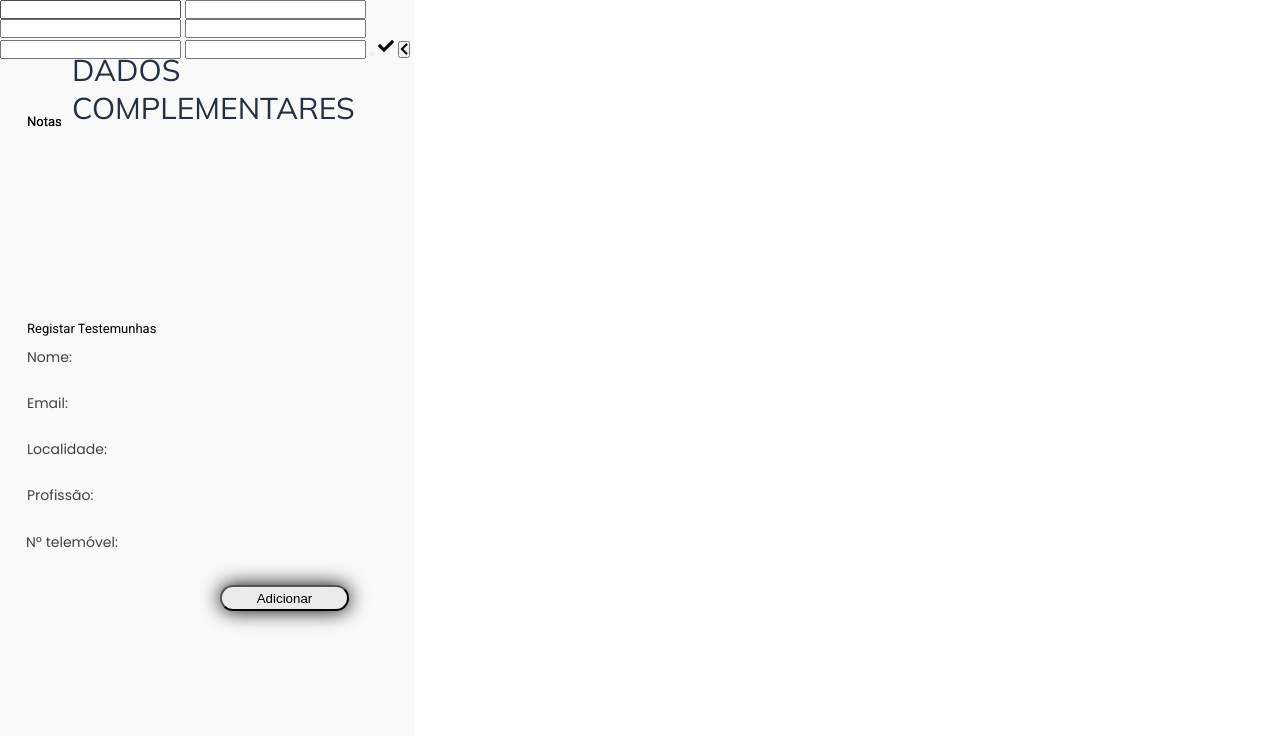
Repository: UnivMinho/D12_frontend
Page: Responsável no Terreno/Front-Office/DadosComplementares.html
The author's editor kept a record of every edit. The page is drawn from the files as they stood at one moment, then again after the next edit.
The browser window is 1280 px wide. The pictures show the whole page.
Some web libraries are served in a nearby version.

Above is the page before.

After the next edit:
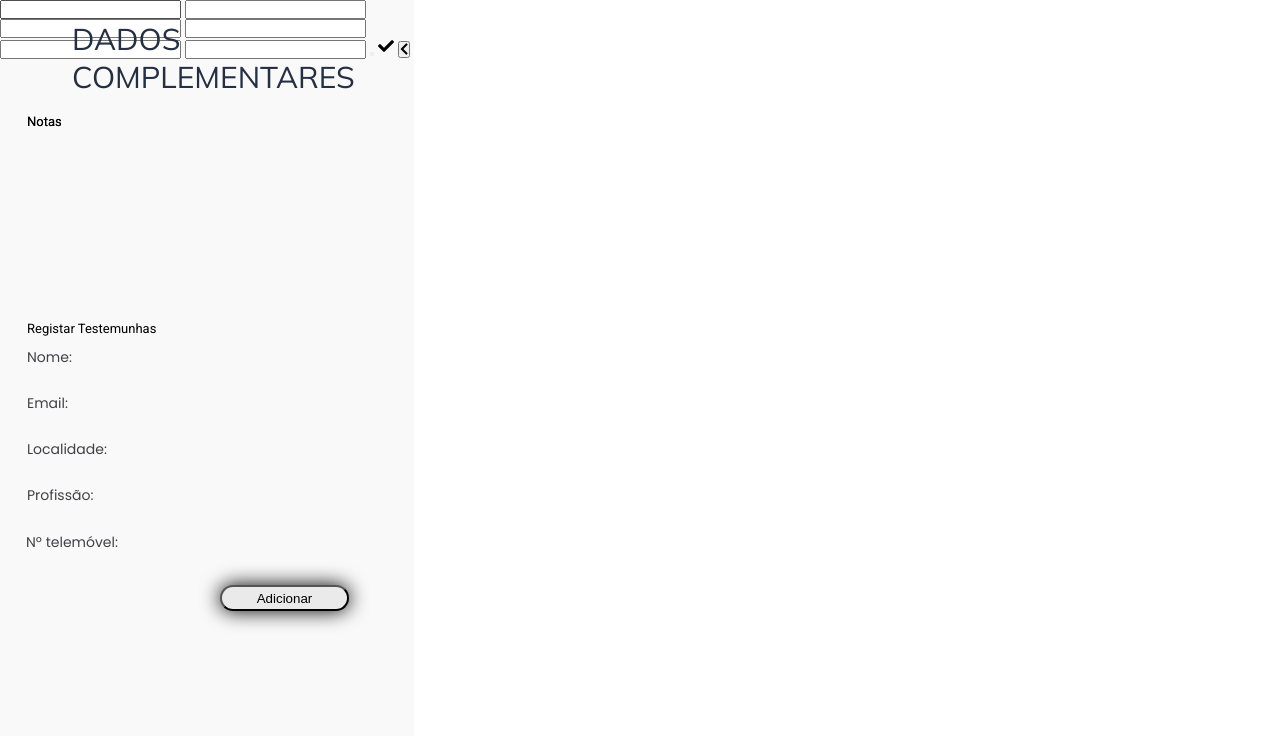
The edit:
--- a/Responsável no Terreno/Front-Office/DadosComplementares.css
+++ b/Responsável no Terreno/Front-Office/DadosComplementares.css
@@ -19,7 +19,7 @@
     width: 316px;
     color: rgba(36, 47, 65, 1);
     position: absolute;
-    top: 51px;
+    top: 20px;
     left: 72px;
     font-family: Mulish;
     font-weight: Light;
